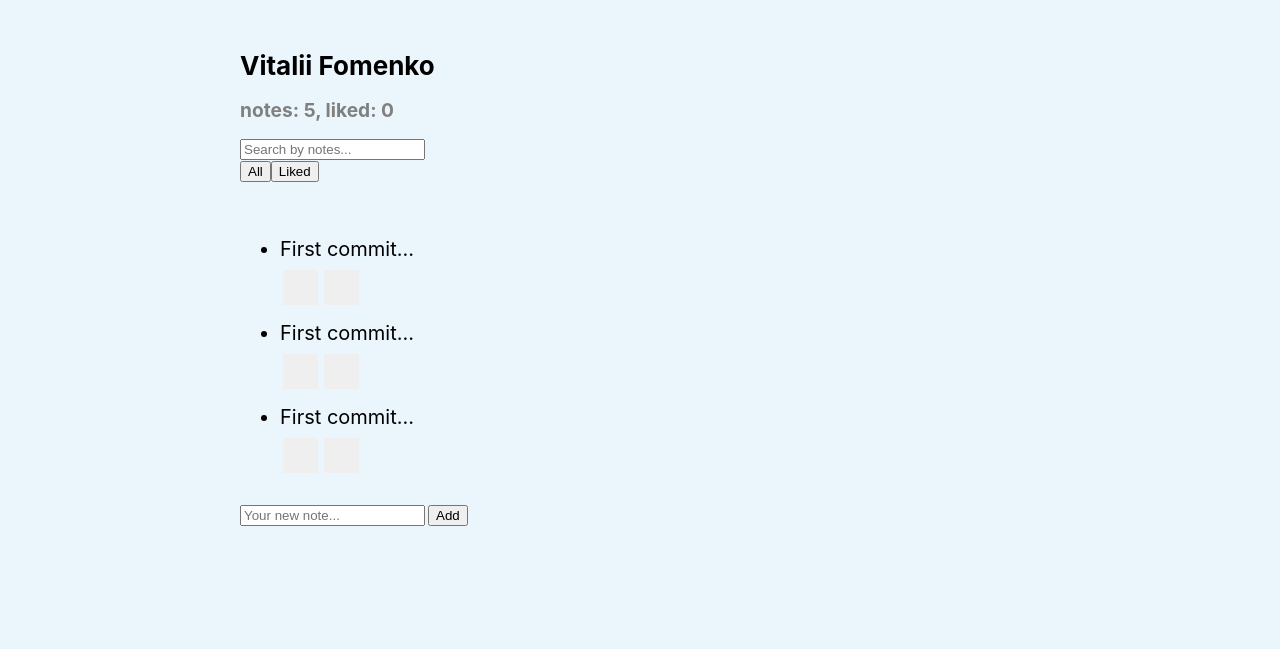
Repository: vitfomenko/react-notes-app
Page: /
These files come from the project's save history. The page is drawn as it stood at one moment and after a run of saves; the edit follows.
The browser window is 1280 px wide. The pictures show the whole page.
The project was rebuilt for these pictures with package versions that can differ from the ones it lists, and the page was loaded fresh each time.

Above is the page before, as saved 2021-01-05 11:33:13.

### src/components/app/app.js
import React from 'react';

import AppHeader from '../app-header';
import SearchPanel from '../search-panel';
import PostStatusFilter from '../post-status-filter';
import PostList from '../post-list';
import PostAddForm from '../post-add-form';

import './app.css';

const App = () => {
    return(
        <div className="app">
            <AppHeader />
            <div className="search-panel d-flex">
                <SearchPanel />
                <PostStatusFilter />
            </div>
            <PostList />
            <PostAddForm />
        </div>
    )
}

export default App;

### src/components/app-header/app-header.js
import React from 'react';

import './app-header.css';

const AppHeader = () => {
    return (
        <div className="app-header d-flex">
            <h1>Vitalii Fomenko</h1>
            <h2>notes: 5, liked: 0</h2>
        </div>
    )
}

export default AppHeader;

### src/components/search-panel/search-panel.js
import React from 'react';

import './search-panel.css';

const SearchPanel = () => {
    return (
        <input
            className="form-control search-input"
            type="text"
            placeholder="Search by notes..."
        />
    )
}

export default SearchPanel;

### src/components/post-status-filter/post-status-filter.js
import React from 'react';

import './post-status-filter.css';

const PostStatusFilter = () => {
    return (
        <div className="btn-group">
            <button type="button" className="btn btn-info">All</button>
            <button type="button" className="btn btn-outline-secondary">Liked</button>
        </div>
    )
}

export default PostStatusFilter;

### src/components/post-list/post-list.js
import React from 'react';

import PostListItem from '../post-list-item';

import './post-list.css';

const PostList = () => {
    return (
        <ul className="app-list list-group">
            <PostListItem label='Learn HTML5/CSS3...'/>
            <PostListItem label='Learn JavaScript...'/>
            <PostListItem label='FLearn React.JS...'/>
        </ul>
    )
}

export default PostList;

### src/components/post-add-form/post-add-form.js
import React from 'react';

import './post-add-form.css';

const PostAddForm = () => {
    return (
        <form className="bottom-panel d-flex">
            <input
                type="text"
                placeholder="Your new note..."
                className="form-control new-post-label"
            />
            <button
                type="submit"
                className="btn btn-outline-secondary"
            >
                Add
            </button>

        </form>
    )
}

export default PostAddForm;

### src/components/post-list-item/post-list-item.js
import React from 'react';

import './post-list-item.css';

const PostListItem = () => {
    return (
        <li className="app-list-item d-flex justify-content-between">
            <span className="app-list-item-label">
                First commit...
            </span>
            <div className="d-flex justify-content-center align-items-center">
                <button type="button" className="btn-star btn-sm">
                    <i className="fa fa-star"></i>
                </button>
                <button type="button" className="btn-trash btn-sm">
                    <i className="fa fa-trash-o"></i>
                </button>
                <i className="fa fa-heart"></i>
            </div>
        </li>
    )
}

export default PostListItem;

### src/components/post-list-item/post-list-item.css
.app-list-item {
  font-size: 1.25rem;
}

.app-list-item button {
  width: 35px;
  height: 35px;
  margin: 3px;
  font-size: 17px;
  border: none;
  cursor: pointer;
}
.app-list-item button:focus {
    box-shadow: none;
    outline: none;
}
.app-list-item .btn-star {
    color: #FFD700;
}
.app-list-item .btn-trash {
    color: red;
}
.app-list-item .fa-heart {
    width: 35px;
    height: 35px;
    text-align: center;
    line-height: 35px;
    font-size: 16px;
    color: red;
    transition: 0.3s all;
    transform: translateX(30px);
    opacity: 0;
}

.app-list-item-label {
  display: block;
  line-height: 35px;
  cursor: pointer;
  user-select: none;
  transition: 0.5s all;
}

.app-list-item.like .fa-heart {
    opacity: 1;
    transform: translateX(0px);
}

.app-list-item.important .app-list-item-label {
  color: #FFD700;
}

.app-list-item.important .btn-star {
    color: #aeaeae;
}

Loaded but not shown: src/index.js (common file); src/index.css (common file); src/components/app/index.js (common file); src/components/app-header/index.js (common file); src/components/search-panel/index.js (common file); src/components/post-status-filter/index.js (common file); src/components/post-list/index.js (common file); src/components/post-add-form/index.js (common file); src/components/app/app.css (common file); src/components/app-header/app-header.css (common file); src/components/search-panel/search-panel.css (common file); src/components/post-list-item/index.js (common file); src/components/post-list/post-list.css (common file); src/components/post-add-form/post-add-form.css (common file); src/components/post-status-filter/post-status-filter.css (no stored copy; drawn as an empty file)

After the next 3 saves:
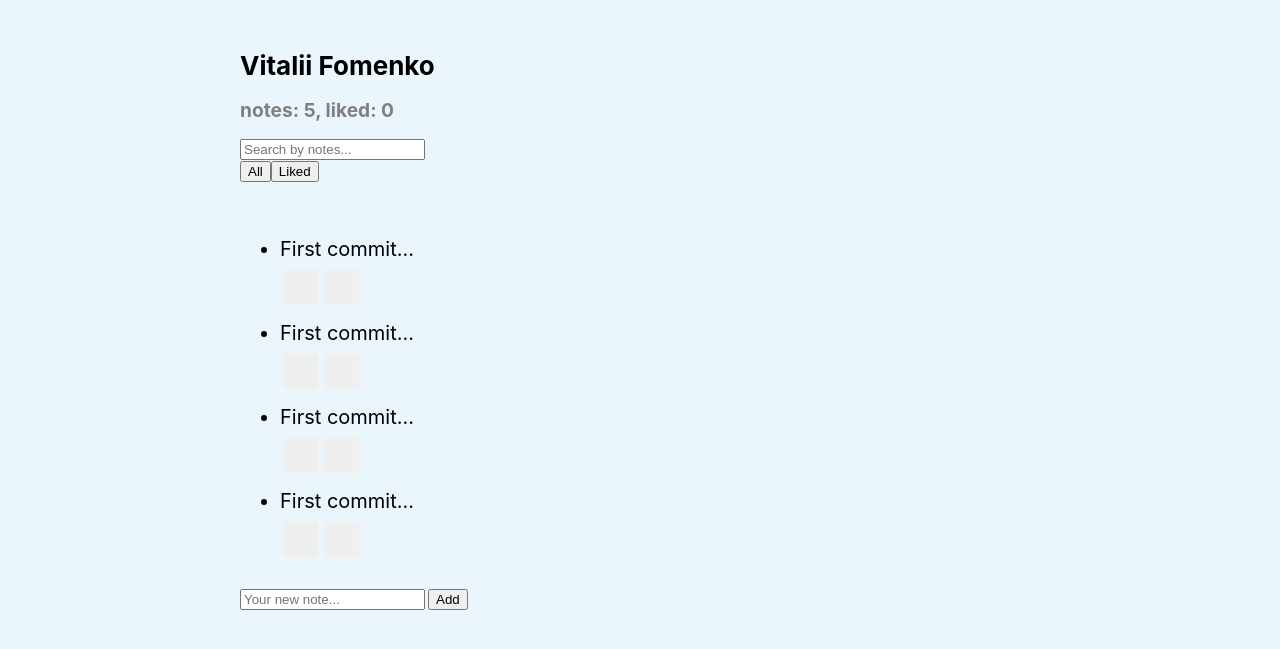
The 3 saves are shown as one change because they came seconds apart.
The last was saved 12 s later.
--- a/src/components/post-list/post-list.js
+++ b/src/components/post-list/post-list.js
@@ -9,7 +9,8 @@ const PostList = () => {
         <ul className="app-list list-group">
             <PostListItem label='Learn HTML5/CSS3...'/>
             <PostListItem label='Learn JavaScript...'/>
-            <PostListItem label='FLearn React.JS...'/>
+            <PostListItem label='Learn React.JS...'/>
+            <PostListItem label='Learn React.JS...'/>
         </ul>
     )
 }
